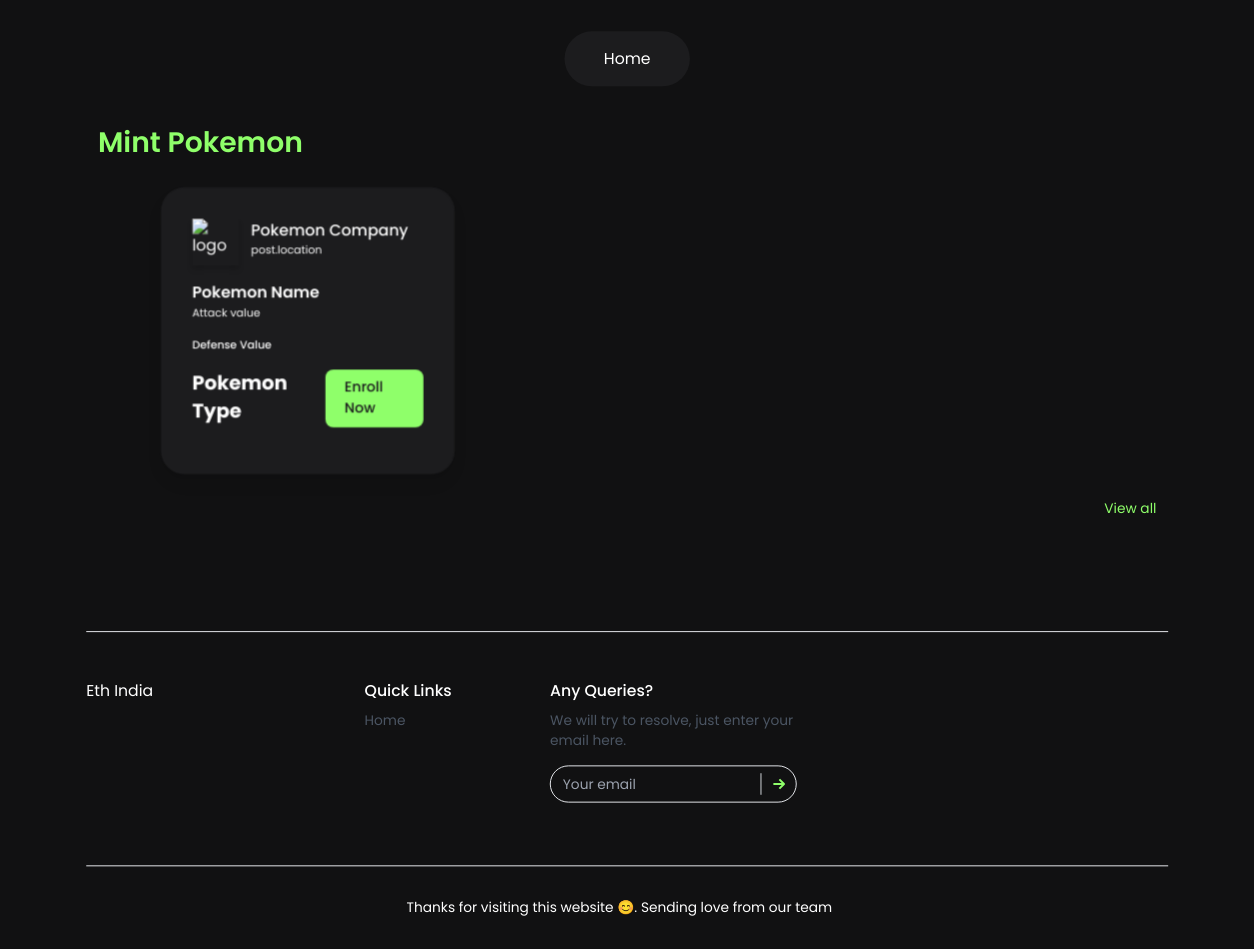
Repository: 0xinit/zkMon
Page: /pickPokemons (app in zkmon-frontend/)
An editor plug-in stored every save of this project. The page is shown before and after the next save, followed by the edit.
The browser window is 1280 px wide. The pictures show the whole page, at 98% of full size.
The project was rebuilt for these pictures with package versions that can differ from the ones it lists, and the page was loaded fresh each time. Also part of the build but not shown: zkmon-frontend/src/pages/Battle.jsx, zkmon-frontend/src/pages/PlayGame.jsx, zkmon-frontend/src/pages/HomePage.jsx.

Above is the page before, as saved 2023-12-09 20:23:47.

### zkmon-frontend/src/index.js
import React from "react";
import ReactDOM from "react-dom/client";
import "./index.css";
import App from "./App";
import reportWebVitals from "./reportWebVitals";
import { Route, BrowserRouter as Router } from "react-router-dom";

const root = ReactDOM.createRoot(document.getElementById("root"));
root.render(
  <React.StrictMode>
    <Router>
      <App />
    </Router>
  </React.StrictMode>
);

// If you want to start measuring performance in your app, pass a function
// to log results (for example: reportWebVitals(console.log))
// or send to an analytics endpoint. Learn more: https://bit.ly/CRA-vitals
reportWebVitals();

### zkmon-frontend/src/index.css
@import url(https://fonts.googleapis.com/css?family=Poppins:100,100italic,200,200italic,300,300italic,regular,italic,500,500italic,600,600italic,700,700italic,800,800italic,900,900italic);

* {
  margin: 0;
  padding: 0;
  box-sizing: border-box;
}

body {
  font-family: "Poppins", sans-serif, -apple-system, BlinkMacSystemFont,
    "Segoe UI", Roboto, Oxygen, Ubuntu, Cantarell, "Open Sans", "Helvetica Neue",
    sans-serif;
  background: #111112;
  color: white;
}

html,
body {
  scroll-behavior: smooth;
  overflow-x: hidden;
}
@tailwind base;
@tailwind components;
@tailwind utilities;

### zkmon-frontend/src/App.js
import React, { useEffect, useState } from "react";
import Navbar from "./components/NavBar";
import { Route, Routes } from "react-router-dom";
import Battle from "./pages/Battle";
import PlayGame from "./pages/PlayGame";
import HomePage from "./pages/HomePage";
import PickPokemon from "./pages/PickPokemon";
import Footer from "./components/Footer";
import {
  contractAddressOfProofOfLocation,
  contractAbiOfProofOfLocation,
  contractAddressOfGameEngine,
  contractAbiOfGameEngine,
} from "./contractConfig.js";
import { useNavigate } from "react-router-dom";
const { ethers } = require("ethers");

const App = () => {
  const [provider, setProvider] = useState(null);
  const [signer, setSigner] = useState(null);
  const [showConnectButton, setShowConnectButton] = useState(false);
  const [contractConfig, setContractConfig] = useState({
    locationContract: null,
    gameEngine: null,
  });
  const navigate = useNavigate();
  const [hasLocationPermission, setHasLocationPermission] = useState(false);
  const [userLocation, setUserLocation] = useState(null);
  const [address, setAddress] = useState("");

  const connectWallet = async () => {
    if (window.ethereum) {
      const provider = new ethers.providers.Web3Provider(window.ethereum);
      setProvider(provider);
      try {
        await provider.send("eth_requestAccounts", []);
        const signer = provider.getSigner();
        setSigner(signer);
        await connectContract(signer);
      } catch (error) {
        console.error(error);
        setShowConnectButton(true);
      }
    } else {
      setShowConnectButton(true);
    }
  };

  const connectContract = async (signer) => {
    const proofOfLocationContract = await new ethers.Contract(
      contractAddressOfProofOfLocation,
      contractAbiOfProofOfLocation,
      signer
    );

    const gameEngineContract = await new ethers.Contract(
      contractAddressOfGameEngine,
      contractAbiOfGameEngine,
      signer
    );

    setContractConfig({
      locationContract: proofOfLocationContract,
      gameEngine: gameEngineContract,
    });
  };

  const checkConnections = async () => {
    await connectWallet();
    await requestLocationPermission();
  };

  useEffect(() => {
    if (window.ethereum) {
      checkConnections();
    } else {
      setShowConnectButton(true);
    }
  }, []);

  const requestLocationPermission = () => {
    if ("geolocation" in navigator) {
      navigator.geolocation.getCurrentPosition(
        (position) => {
          setUserLocation([
            position.coords.latitude,
            position.coords.longitude,
          ]);
          setHasLocationPermission(true);
        },
        (error) => {
          console.error("Error getting user location:", error);
          setHasLocationPermission(false);
        }
      );
    } else {
    }
  };

  useEffect(() => {
    connectWallet();
  }, []);

  return (
    <div className="px-8 md:px-16">
      <Navbar signer={(connectWallet, signer, address)} />
      <div>
        <Routes>
          <Route
            path="/"
            element={<HomePage checkConnections={checkConnections} />}
          />
          <Route path="/battle" element={<Battle />} />
          <Route path="/playgame" element={<PlayGame />} />
          <Route path="/pickPokemons" element={<PickPokemon />} />
        </Routes>
      </div>
      <Footer />
    </div>
  );
};

export default App;

### zkmon-frontend/src/components/NavBar.jsx
import React, { useState, useEffect } from "react";
import { BiMenuAltRight } from "react-icons/bi";
import { Link } from "react-router-dom";

const Navbar = ({ connectwallet, signer, address }) => {
  const [isMenu, setIsMenu] = useState(false);

  const handleMenu = () => {
    setIsMenu(!isMenu);
  };

  useEffect(() => {}, []);

  return (
    <div>
      {/* desktop */}
      <div className="hidden md:flex md:items-center md:justify-center">
        <ul className="flex gap-14 bg-cardBg p-4 md:mt-8 mt-4 rounded-full px-10">
          <Link to="/">
            <li className="cursor-pointer">Home</li>
          </Link>
        </ul>
      </div>

      {/* mobile */}
      <div
        className="flex md:hidden justify-end mt-6 text-3xl"
        onClick={handleMenu}
      >
        <BiMenuAltRight />
        {isMenu && (
          <div className="absolute top-14 text-base bg-cardBg py-2 px-4 rounded-lg z-50">
            <ul>
              <Link to="/">
                <li className="mt-1">Home</li>
              </Link>
            </ul>
          </div>
        )}
      </div>
    </div>
  );
};

export default Navbar;

### zkmon-frontend/src/pages/PickPokemon.jsx
import React from "react";
import { Link } from "react-router-dom";

const PickPokemon = ({}) => {
  return (
    <div className="w-full">
      <div className="p-9 h-full">
        <p
          className="text-[1.8rem] font-semibold text-primaryColor"
          style={{ marginBottom: "1.5rem" }}
        >
          <span className="text-lightPrimary">Mint</span> Pokemon
        </p>

        <div className="h-full w-full grid md:grid-cols-4 gap-6 my-6 md:px-16">
          <div
            key=""
            className="md:w-300 p-8 min-w-260 bg-cardBg backdrop-blur-md rounded-3xl flex flex-col justify-center drop-shadow-lg gap-4 hover:scale-105 transition-all duration-300"
          >
            {/*<img src="frontend/src/img/free_img.png" alt="corner-image" className="absolute top-0 right-0 w-16 h-16 md:w-20 md:h-20 object-cover"/>*/}

            <div className="flex">
              <img
                src=""
                alt="logo"
                className="w-9 h-9 md:w-12 md:h-12 shadow-md hover:shadow-lg transition-all duration-300 transform hover:scale-110"
              />
              <div className="mx-3">
                <p className="md:text-[1rem] text-[0.8rem] font-medium hover:text-lightPrimary hover:underline">
                  Pokemon Company
                </p>
                <p className="md:text-[0.7rem] text-[0.6rem] text-lighttextGray">
                  post.location
                </p>
              </div>
            </div>
            <div>
              <p className="font-semibold">Pokemon Name</p>
              <p className="text-[0.7rem] text-lighttextGray">Attack value</p>
            </div>
            <p className="text-[0.7rem] text-justify font-medium">
              Defense Value
            </p>
            <div className="flex justify-between pb-4 gap-3">
              <p className="text-[0.7rem] text-lighttextGray">
                <span className="text-xl font-bold text-lightModeTextColor">
                  Pokemon Type
                </span>
              </p>

              <div
                className="md:text-[0.9rem] text-[0.7rem] rounded-lg bg-primaryColor py-2 px-5 text-cardBg font-medium hover:shadow-lg duration-100 transition-all ease-in-out cursor-pointer"
                onClick={() => {}}
              >
                Enroll Now
              </div>
            </div>
          </div>
        </div>
        <p className="md:text-[lg] text-sm text-right text-primaryColor cursor-pointer hover:text-lightModeTextColor">
          View all
        </p>
      </div>
    </div>
  );
};

export default PickPokemon;

### zkmon-frontend/src/components/Footer.jsx
import React from "react";
import { Link } from "react-router-dom";

const Footer = () => {
  return (
    <footer>
      <div className="mx-auto px-4 sm:px-6 mt-20">
        {/* Top area: Blocks */}
        <div className="grid sm:grid-cols-12 gap-8 py-8 md:py-12 border-t border-gray-200">
          {/* 1st block */}
          <div className="sm:col-span-12 lg:col-span-3">
            <div className="mb-2">
              <p>Eth India</p>
            </div>
          </div>

          {/* 4th block */}
          <div className="sm:col-span-6 md:col-span-3 lg:col-span-2">
            <h6 className="font-medium mb-2">Quick Links</h6>
            <ul className="text-sm">
              <li className="mb-2">
                <Link
                  to="/"
                  className="text-gray-600 hover:text-white transition duration-150 ease-in-out"
                >
                  Home
                </Link>
              </li>
            </ul>
          </div>

          {/* 5th block */}
          <div className="sm:col-span-6 md:col-span-3 lg:col-span-3">
            <h6 className="font-medium mb-2">Any Queries?</h6>
            <p className="text-sm text-gray-600 mb-4">
              We will try to resolve, just enter your email here.
            </p>
            <form>
              <div className="flex flex-wrap mb-4">
                <div className="w-full">
                  <label className="block text-sm sr-only" htmlFor="newsletter">
                    Email
                  </label>
                  <div className="relative flex items-center max-w-xs">
                    <input
                      id="newsletter"
                      type="email"
                      className="form-input w-full text-gray-800 px-3 py-2 pr-12 text-sm bg-transparent border focus:outline-none rounded-full"
                      placeholder="Your email"
                      required
                    />
                    <button
                      type="submit"
                      className="absolute inset-0 left-auto"
                      aria-label="Subscribe"
                    >
                      <span
                        className="absolute inset-0 right-auto w-px -ml-px my-2 bg-gray-300"
                        aria-hidden="true"
                      ></span>
                      <svg
                        className="w-3 h-3 fill-current text-primaryColor mx-3 shrink-0"
                        viewBox="0 0 12 12"
                        xmlns="http://www.w3.org/2000/svg"
                      >
                        <path
                          d="M11.707 5.293L7 .586 5.586 2l3 3H0v2h8.586l-3 3L7 11.414l4.707-4.707a1 1 0 000-1.414z"
                          fillRule="nonzero"
                        />
                      </svg>
                    </button>
                  </div>
                </div>
              </div>
            </form>
          </div>
        </div>

        {/* Bottom area */}
        <div className="flex items-center justify-center py-4 md:py-8 border-t border-gray-200">
          <div className="text-sm text-center mr-4">
            Thanks for visiting this website 😊. Sending love from our team
          </div>
        </div>
      </div>
    </footer>
  );
};

export default Footer;

### zkmon-frontend/src/contractConfig.js
const contractAddressOfProofOfLocation = "";
const contractAddressOfGameEngine = "";

const contractAbiOfProofOfLocation = [];
const contractAbiOfGameEngine = [];

module.exports = {
  contractAddressOfProofOfLocation,
  contractAbiOfProofOfLocation,
  contractAddressOfGameEngine,
  contractAbiOfGameEngine,
};

### zkmon-frontend/tailwind.config.js
/** @type {import('tailwindcss').Config} */
module.exports = {
  content: ["./src/**/*.{js,jsx,ts,tsx}"],
  theme: {
    extend: {
      width: {
        150: "150px",
        190: "190px",
        225: "225px",
        275: "275px",
        300: "300px",
        340: "340px",
        350: "350px",
        375: "375px",
        460: "460px",
        656: "656px",
        880: "880px",
        508: "508px",
      },
      height: {
        80: "80px",
        150: "150px",
        225: "225px",
        300: "300px",
        340: "340px",
        370: "370px",
        420: "420px",
        510: "510px",
        600: "600px",
        650: "650px",
        685: "685px",
        800: "800px",
        "90vh": "90vh",
      },
      minWidth: {
        210: "210px",
        260: "260px",
        350: "350px",
        620: "620px",
      },
      screens: {
        xsm: "365px",
        sm: "640px",
        md: "768px",
        lg: "1024px",
        xl: "1280px",
        "2xl": "1536px",
      },
      lineHeight: {
        tight: "1.2", // Adjust the value as needed
      },
      colors: {
        cardBg: "#1C1C1E",
        primaryColor: "#8FFF6A",
        backgroundColor: "#111112",
        subtitleColor: "#515151",
      },
    },
  },
  plugins: [],
};

Loaded but not shown: zkmon-frontend/public/index.html (common file); zkmon-frontend/src/reportWebVitals.js (common file)

After the next save:
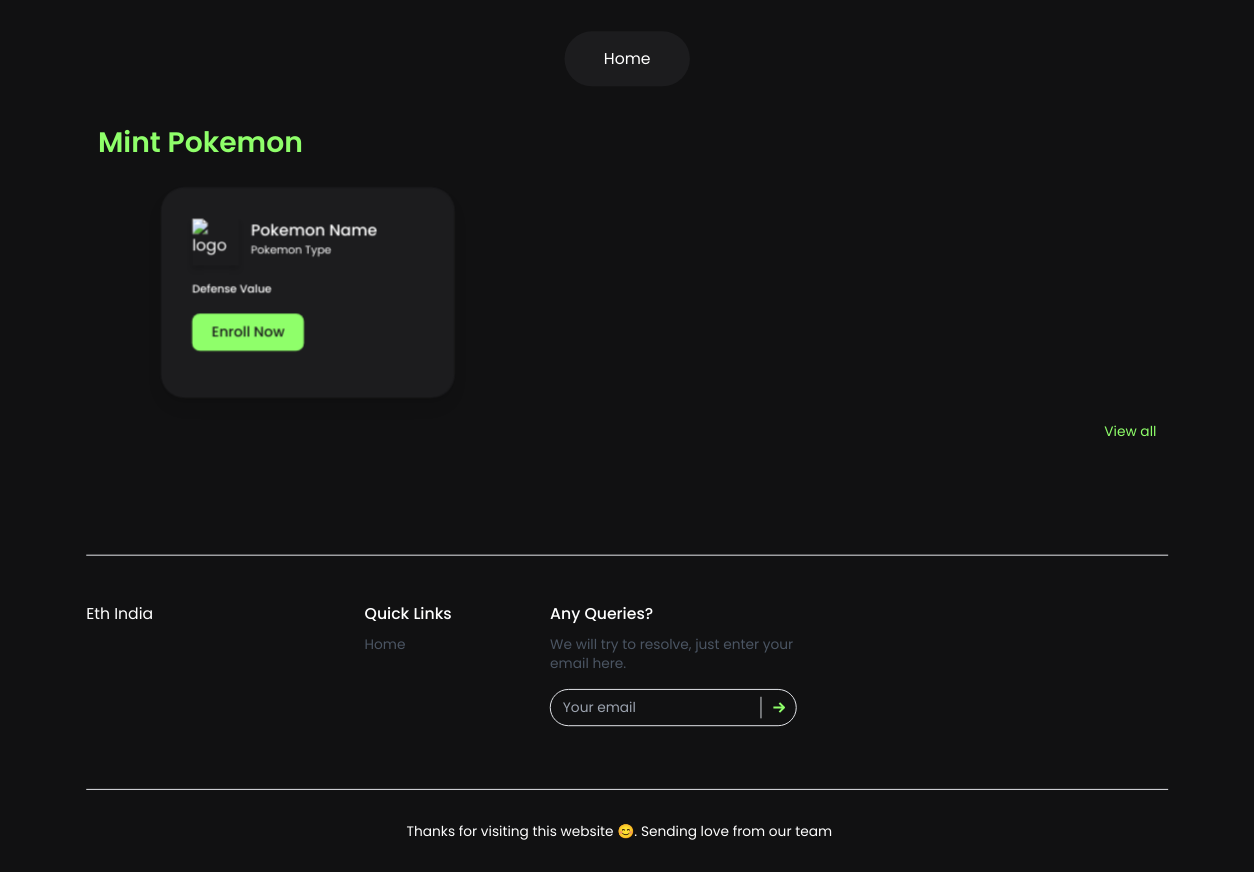
Saved 29 s later.
--- a/zkmon-frontend/src/pages/PickPokemon.jsx
+++ b/zkmon-frontend/src/pages/PickPokemon.jsx
@@ -27,27 +27,17 @@
               />
               <div className="mx-3">
                 <p className="md:text-[1rem] text-[0.8rem] font-medium hover:text-lightPrimary hover:underline">
-                  Pokemon Company
+                  Pokemon Name
                 </p>
                 <p className="md:text-[0.7rem] text-[0.6rem] text-lighttextGray">
-                  post.location
+                  Pokemon Type
                 </p>
               </div>
-            </div>
-            <div>
-              <p className="font-semibold">Pokemon Name</p>
-              <p className="text-[0.7rem] text-lighttextGray">Attack value</p>
             </div>
             <p className="text-[0.7rem] text-justify font-medium">
               Defense Value
             </p>
             <div className="flex justify-between pb-4 gap-3">
-              <p className="text-[0.7rem] text-lighttextGray">
-                <span className="text-xl font-bold text-lightModeTextColor">
-                  Pokemon Type
-                </span>
-              </p>
-
               <div
                 className="md:text-[0.9rem] text-[0.7rem] rounded-lg bg-primaryColor py-2 px-5 text-cardBg font-medium hover:shadow-lg duration-100 transition-all ease-in-out cursor-pointer"
                 onClick={() => {}}
